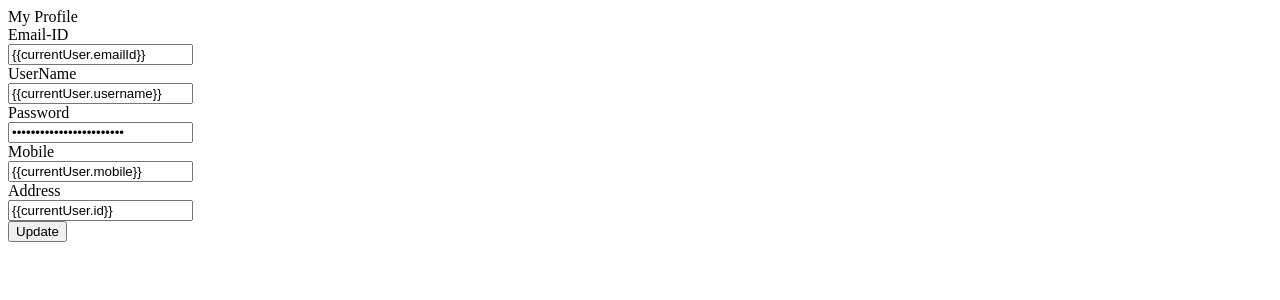
Repository: KaustubhKamat/CollaborationPlatform
Page: CollaborationFrontEnd/WebContent/c_user/MyProfile.html
These files come from the project's save history. The page is drawn as it stood at one moment and after the next save; the edit follows.
The browser window is 1280 px wide. The pictures show the whole page.

Above is the page before, as saved 2017-03-10 10:21:50.

After the next save:
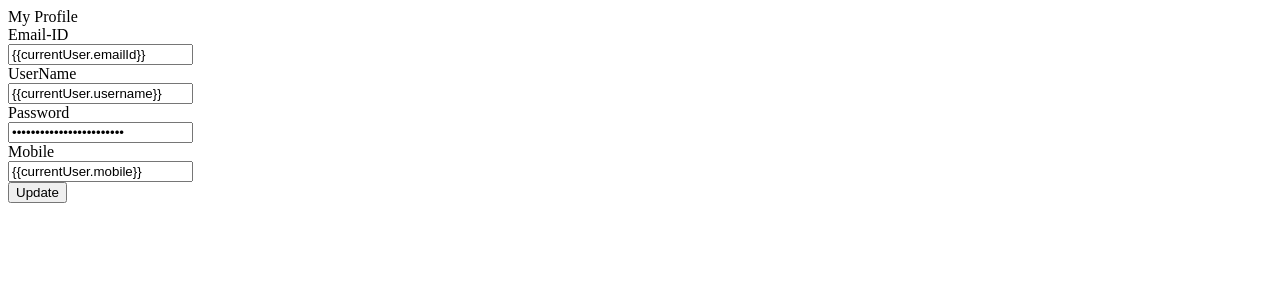
Saved 15 s later.
--- a/CollaborationFrontEnd/WebContent/c_user/MyProfile.html
+++ b/CollaborationFrontEnd/WebContent/c_user/MyProfile.html
@@ -60,19 +60,6 @@
 						</div>
 
 
-						<div class="row">
-							<div class="form-group col-md-12">
-								<label class="col-md-2 control-lable" for="address">Address</label>
-								<div class="col-md-7">
-									<input type="text"  value= {{currentUser.id}}  width="100" height="50"
-
-										ng-model="ctrl.user.address" id="address"
-										class="form-control input-sm"
-										placeholder="Enter your Address." />
-								</div>
-							</div>
-						</div>
-
 
 
 						<div class="row">
